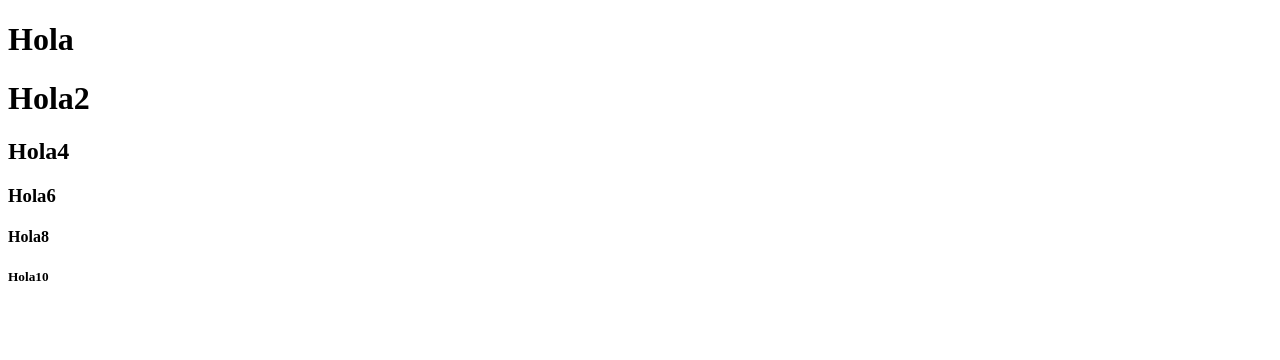
Repository: viorelrosu/spring
Page: http://localhost/Clase/hola/Hola.jsp
The author's editor kept a copy of each file at every save. The page is drawn from the files as they stood at one save, then again after the next save.
The browser window is 1280 px wide. The pictures show the whole page.
The page is served by Tomcat 9. Other server files are loaded and not shown.

Above is the page before, as saved 2021-01-19 10:39:29.

### Clase/WebContent/hola/Hola.jsp
<%!

public int doble(int x) {
	return 2*x;
}

%>
<!DOCTYPE html>
<html>
<head>
<meta charset="UTF-8">
<title>Hola</title>
</head>
<body>
	<h1>Hola</h1>
	<%
		for(int i =1; i<=5; i++) {
			out.println("<h"+i+">Hola" + doble(i)+"</h"+i+">");
		}
	%>
</body>
</html>

After the next save:
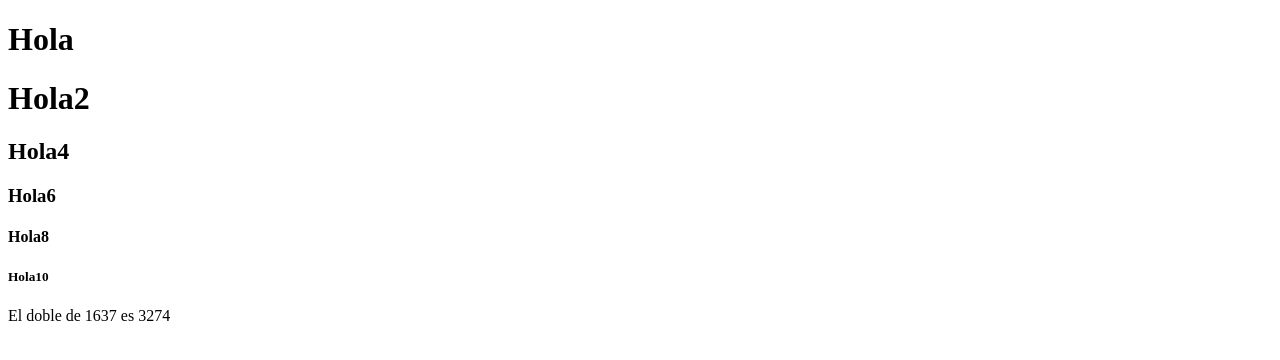
Saved 2 min 1 s later.
--- a/Clase/WebContent/hola/Hola.jsp
+++ b/Clase/WebContent/hola/Hola.jsp
@@ -18,5 +18,8 @@ public int doble(int x) {
 			out.println("<h"+i+">Hola" + doble(i)+"</h"+i+">");
 		}
 	%>
+	<p>
+		El doble de 1637 es <%=doble(1637) %>
+	</p>
 </body>
 </html>
